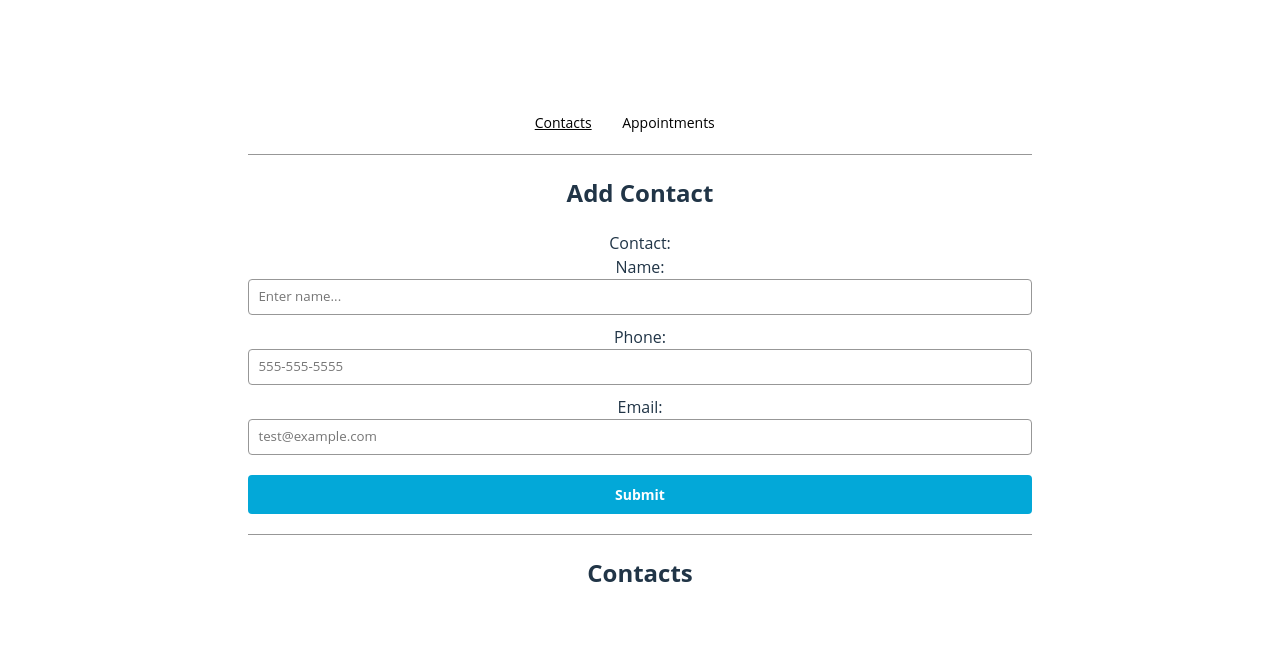
Repository: dnmyers/appointment-planner-v2.0
Page: /
These files come from the project's save history. The page is drawn as it stood at one moment and after the next save; the edit follows.
The browser window is 1280 px wide. The pictures show the whole page.
The project was rebuilt for these pictures with package versions that can differ from the ones it lists, and the page was loaded fresh each time. Also part of the build but not shown: vite.config.js, src/components/contactPicker/ContactPicker.jsx, src/components/appointmentForm/AppointmentForm.jsx, src/components/tile/Tile.jsx, src/containers/appointmentsPage/AppointmentsPage.jsx.

Above is the page before, as saved 2023-08-14 03:22:15.

After the next save:
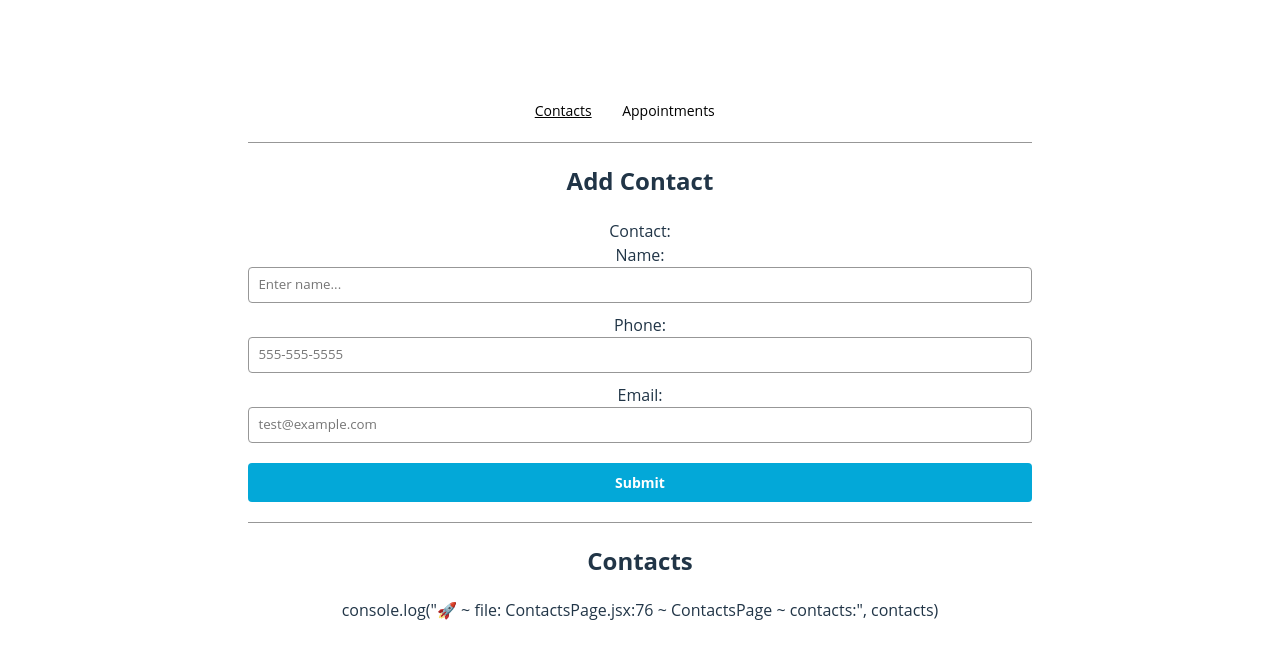
Saved 5 min 7 s later.
--- a/src/containers/contactsPage/ContactsPage.jsx
+++ b/src/containers/contactsPage/ContactsPage.jsx
@@ -73,6 +73,7 @@
             <section>
                 <h2>Contacts</h2>
                 <TileList contacts={contacts} />
+                console.log("🚀 ~ file: ContactsPage.jsx:76 ~ ContactsPage ~ contacts:", contacts)
             </section>
         </div>
     );

After the 2 saves that followed:
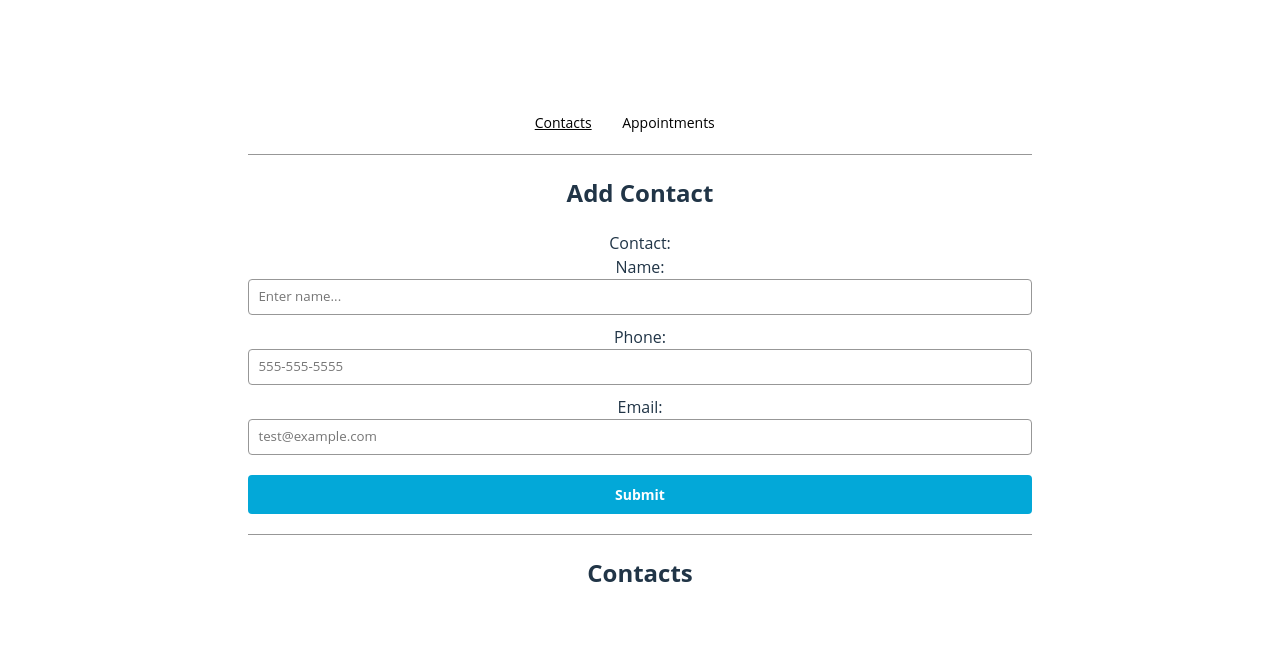
The 2 saves are shown as one change because 1 left the picture as it was.
The last was saved 2 min 39 s later.
--- a/src/containers/contactsPage/ContactsPage.jsx
+++ b/src/containers/contactsPage/ContactsPage.jsx
@@ -73,7 +73,6 @@
             <section>
                 <h2>Contacts</h2>
                 <TileList contacts={contacts} />
-                console.log("🚀 ~ file: ContactsPage.jsx:76 ~ ContactsPage ~ contacts:", contacts)
             </section>
         </div>
     );
--- a/src/components/tileList/TileList.jsx
+++ b/src/components/tileList/TileList.jsx
@@ -10,8 +10,10 @@ export const TileList = ({ data }) => {
                 data &&
                     data.map((object, index) => {
                         const { name, description } = object;
+                        console.log("🚀 ~ file: TileList.jsx:13 ~ data.map ~ object:", object);
+                        console.log("🚀 ~ file: TileList.jsx:13 ~ data.map ~ description:", description);
+                        console.log("🚀 ~ file: TileList.jsx:13 ~ data.map ~ name:", name);
 
-                        console.log("TileList - name: " + name + " | description: " + description);
                         return (
                             <Tile
                                 key={index}
